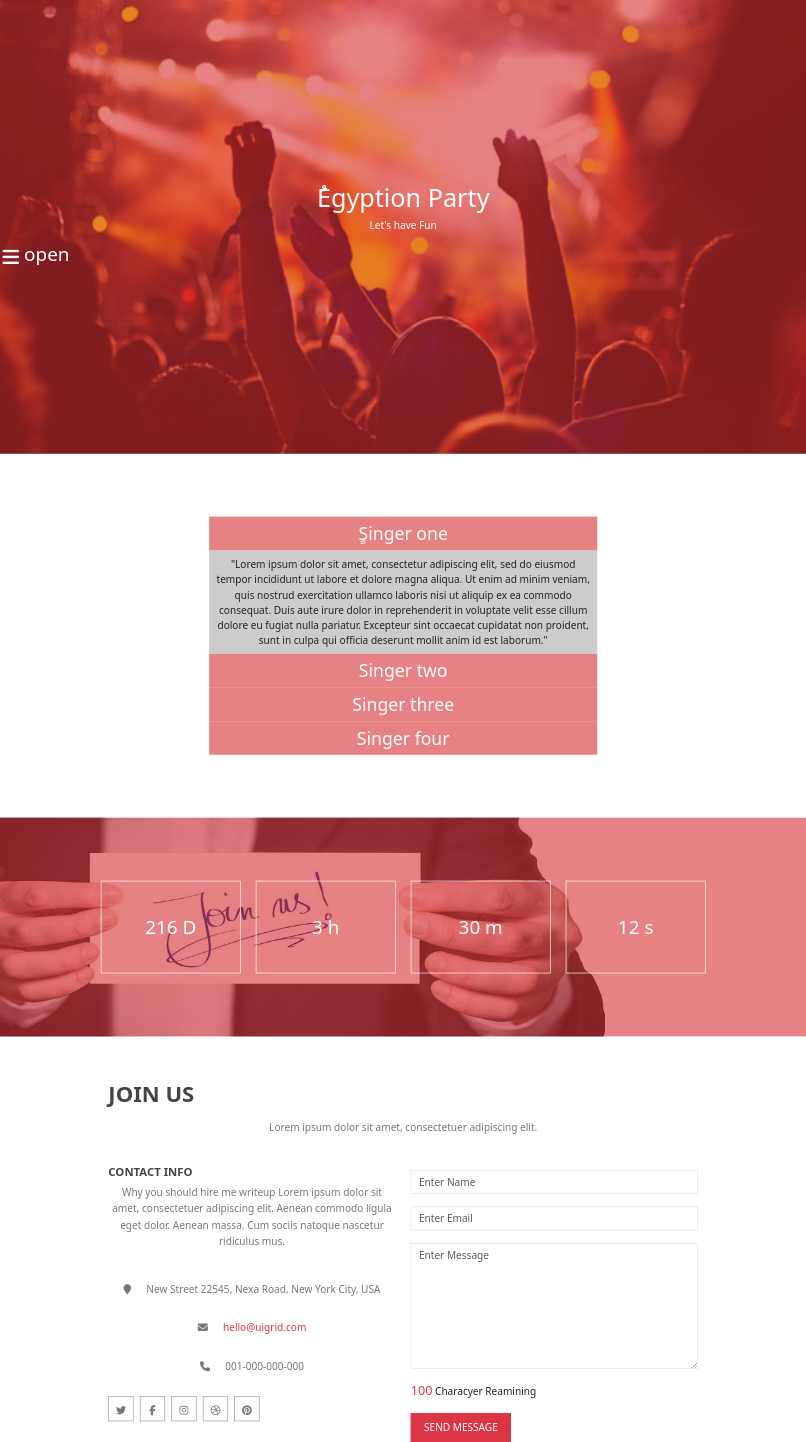
Repository: HagarYousry/jQuery
Page: index.html
These files come from the project's save history. The page is drawn as it stood at one moment and after a run of saves; the edit follows.
The browser window is 1280 px wide. The pictures show the whole page, at 63% of full size.

Above is the page before, as saved 2024-07-25 21:02:52.

### index.html
<!DOCTYPE html>
<html lang="en">

<head>
    <meta charset="UTF-8">
    <meta name="viewport" content="width=device-width, initial-scale=1.0">
    <title>Egyption party</title>
    <!-- web fonts  -->
    <link rel="stylesheet" href="css/all.min.css">
    <!-- bootstrap -->
    <link rel="stylesheet" href="css/bootstrap.min.css">
    <!-- main css -->
    <link rel="stylesheet" href="css/main.css">
</head>

<body>
    <!--start home  -->
    <section id="home">
        <div id="sideNav" class="bg-black p-5">
            <a class="p-0 closeIcon">
                <i class="fa-solid fa-xmark "></i>
            </a>
            <a class="sideNav-link " href="#home">Home</a>
            <a class="sideNav-link" href="#Acordion">Duration</a>
            <a class="sideNav-link" href="#contact">Contact</a>
            <a class="sideNav-link" href="#count">Details</a>
        </div>

        <div class="home-title d-flex justify-content-center align-items-center flex-column vh-100 text-white">
            <h1>ُEgyption Party</h1>
            <p>Let's have Fun</p>
            <span class="navIcon align-self-start d-flex align-items-center ms-1">
                <i class="fa-solid fa-bars"></i>
                <h4 class="ms-2">open</h4>
            </span>
        </div>
    </section>


    <!-- start Acordion section  -->
    <section id="Acordion" class="Acordion text-center">

        <div class="container w-50">
            <h3 class="toggle-acordion">ٍSinger one</h3>
            <div class="desc first">"Lorem ipsum dolor sit amet, consectetur adipiscing elit, sed do eiusmod tempor
                incididunt ut labore et dolore magna aliqua. Ut enim ad minim veniam, quis nostrud exercitation ullamco
                laboris nisi ut aliquip ex ea commodo consequat. Duis aute irure dolor in reprehenderit in voluptate
                velit
                esse cillum dolore eu fugiat nulla pariatur. Excepteur sint occaecat cupidatat non proident, sunt in
                culpa
                qui officia deserunt mollit anim id est laborum."
            </div>


            <h3 class="toggle-acordion">Singer two</h3>
            <div class="desc">"Sed ut perspiciatis unde omnis iste natus error sit voluptatem accusantium doloremque
                laudantium, totam rem aperiam, eaque ipsa quae ab illo inventore veritatis et quasi architecto beatae
                vitae
                dicta sunt explicabo. Nemo enim ipsam voluptatem quia voluptas sit aspernatur aut odit aut fugit, sed
                quia
                consequuntur magni dolores eos qui ratione voluptatem sequi nesciunt. Neque porro quisquam est, qui
                dolorem
                ipsum quia dolor sit amet, consectetur, adipisci velit, sed quia non numquam eius modi tempora incidunt
                ut
                labore et dolore magnam aliquam quaerat voluptatem. Ut enim ad minima veniam, quis nostrum
                exercitationem
                ullam corporis suscipit laboriosam, nisi ut aliquid ex ea commodi consequatur? Quis autem vel eum iure
                reprehenderit qui in ea voluptate velit esse quam nihil molestiae consequatur, vel illum qui dolorem eum
                fugiat quo voluptas nulla pariatur?"
            </div>


            <h3 class="toggle-acordion">Singer three</h3>
            <div class="desc">"But I must explain to you how all this mistaken idea of denouncing pleasure and praising
                pain was born and I will give you a complete account of the system, and expound the actual teachings of
                the
                great explorer of the truth, the master-builder of human happiness. No one rejects, dislikes, or avoids
                pleasure itself, because it is pleasure, but because those who do not know how to pursue pleasure
                rationally
                encounter consequences that are extremely painful. Nor again is there anyone who loves or pursues or
                desires
                to obtain pain of itself, because it is pain, but because occasionally circumstances occur in which toil
                and
                pain can procure him some great pleasure. To take a trivial example, which of us ever undertakes
                laborious
                physical exercise, except to obtain some advantage from it? But who has any right to find fault with a
                man
                who chooses to enjoy a pleasure that has no annoying consequences, or one who avoids a pain that
                produces no
                resultant pleasure?"
            </div>


            <h3 class="toggle-acordion">Singer four</h3>
            <div class="desc">"At vero eos et accusamus et iusto odio dignissimos ducimus qui blanditiis praesentium
                voluptatum deleniti atque corrupti quos dolores et quas molestias excepturi sint occaecati cupiditate
                non
                provident, similique sunt in culpa qui officia deserunt mollitia animi, id est laborum et dolorum fuga.
                Et
                harum quidem rerum facilis est et expedita distinctio. Nam libero tempore, cum soluta nobis est eligendi
                optio cumque nihil impedit quo minus id quod maxime placeat facere possimus, omnis voluptas assumenda
                est,
                omnis dolor repellendus. Temporibus autem quibusdam et aut officiis debitis aut rerum necessitatibus
                saepe
                eveniet ut et voluptates repudiandae sint et molestiae non recusandae. Itaque earum rerum hic tenetur a
                sapiente delectus, ut aut reiciendis voluptatibus maiores alias consequatur aut perferendis doloribus
                asperiores repellat."

            </div>

        </div>
    </section>
    <!-- end Acordion section  -->

    <!-- start count section  -->
    <section id="counter">
        <div class="counter-cont container w-75 text-center text-white">
            <div class="row">
                <div class="col-md-3">
                    <div class="time">
                        <span class="days">00</span>
                    </div>
                </div>

                <div class="col-md-3">
                    <div class="time">
                        <span class="hours">00</span>
                    </div>
                </div>

                <div class="col-md-3">
                    <div class="time">
                        <span class="minutes">00</span>
                    </div>
                </div>

                <div class="col-md-3">
                    <div class="time">
                        <span class="seconds">00</span>
                    </div>
                </div>

            </div>
        </div>
    </section>
    <!-- end count section  -->

    <!-- start contact-us section  -->
    <section id="contact">
        <div class="container-fluid w-75">
            <div class="head">
                <h2 class="text-uppercase fw-bold">Join Us</h2>
                <p class="text-center">Lorem ipsum dolor sit amet, consectetuer adipiscing elit.</p>
            </div>
            <div class="row mt-5">
                <div class="col-md-6">
                    <div class="col-info">
                        <h3 class="text-uppercase">CONTACT INFO</h3>
                        <p class="text-center">Why you should hire me writeup Lorem ipsum dolor sit amet, consectetuer
                            adipiscing elit.
                            Aenean commodo ligula eget dolor. Aenean massa. Cum sociis natoque nascetur ridiculus mus.
                        </p>

                        <div class="icons text-center">
                            <p><i class="fa fa-map-marker"></i> New Street 22545, Nexa Road, New York City, USA</p>

                            <p class="text-danger"><i class="fa fa-envelope"></i> hello@uigrid.com</p>
                            <p><i class="fa fa-phone"></i> 001-000-000-000</p>
                        </div>

                        <div class="social d-flex align-items-center">

                            <i class="fab fa-twitter fa-fw"></i>
                            <i class="fab fa-facebook-f fa-fw"></i>
                            <i class="fab fa-instagram fa-fw"></i>
                            <i class="fab fa-dribbble fa-fw"></i>
                            <i class="fab fa-pinterest fa-fw"></i>

                        </div>
                    </div>
                </div>

                <div class="col-md-6">
                    <form>

                        <input class="form-control mt-2" type="text" placeholder="Enter Name">
                        <input class="form-control" type="email" placeholder="Enter Email">
                        <textarea class="form-control " placeholder="Enter Message"></textarea>
                        <span id="chars" class="text-danger">100</span> Characyer Reamining
                        <button class="btn btn-danger text-uppercase">Send Message</button>

                    </form>
                </div>
            </div>
        </div>
    </section>
    <!-- end contact-us section  -->


    <!-- jquery  -->
    <script src="js/jquery-3.7.1.min.js"></script>
    <!-- index js  -->
    <script src="js/index.js"></script>


</body>

</html>

### css/main.css
/*start home  */
#home{
    height: 100vh;
    background-image: linear-gradient(rgba(214, 46, 51, 0.6), rgba(214, 46, 51, 0.6)),
        url(../imgs/events-heavenly-header.jpg);
    background-position: center;
    background-size: cover;
    background-repeat: no-repeat;
}

#sideNav {
    position: fixed;
    top: 0;
    bottom: 0;
    left: 0;
    display: flex;
    flex-direction: column;
    z-index: 9999;
}

#sideNav a{
    padding: 20px;
    text-decoration: none;
    font-size: 25px;
    color: #818181;
    display: block;
    color: white;
    transition: 0.3s;
}

.closeIcon {
    position: absolute;
    top: 0;
    right: 25px;
    font-size: 26px;
    margin-left: 50px;
    color: white;
    padding-bottom: 10px;
    transition: 0.3s;
    cursor: pointer;
}

#sideNav a:hover {
    color: rgba(214, 46, 51, 0.4);
}

.navIcon i,
.navIcon h4 {
    font-size: 30px;
    cursor: pointer;
}


/* start Acordion */
.Acordion{
    padding-top: 100px ;
    padding-bottom: 100px;
}

.toggle-acordion {
    background-color: rgba(214, 46, 51, 0.6);
    cursor: pointer;
    color: white;
    padding: 10px;
    margin: 0px;
}

.desc {
    background-color: rgb(204, 204, 204);
    display: none;
    padding: 10px;
}

#Acordion .first {
    display: block;
}

/* end Acordion section  */

/* start count section  */

#counter {
    background-image: linear-gradient(rgba(214, 46, 51, 0.6), rgba(214, 46, 51, 0.6)), url(../imgs/invitation-2508607__340.jpg);
    background-repeat: no-repeat;
    background-position: center center;
    background-size: 100% 100%;
    position: relative;
}

.counter-cont{
    padding: 100px 0px;
}

.time {
    padding: 50px;
    border: 1px solid #FFF;
    font-weight: 500;
    font-size: 30px;
}

/* end count section  */

/* start contact-us section  */
#contact {
    margin-top: 70px;
}

#contact .head h2 {
    font-size: 35px;
    color: #444;
    margin-bottom: 20px;
}

#contact .head p {
    color: #777;
    font-weight: 300;
    font-size: 16px;
}

#contact .col-md-6 .col-info .icons {
    margin-top: 50px;
}

#contact .col-md-6 .col-info .icons p {
    margin-bottom: 35px;
}

#contact .col-md-6 .col-info h3 {
    color: #444;
    font-size: 18px;
    font-weight: 900;
}

#contact .col-md-6 .col-info p {
    font-size: 16px;
    line-height: 26px;
    color: #777;
}

#contact i {
    margin-right: 20px;
    color: #777;
}

#contact .col-md-6 .col-info .social i {
    margin-right: 10px;
    border: 1px solid #999;
    width: 40px;
    height: 40px;
    line-height: 42px;
    cursor: pointer;
    text-align: center;
    transition: 0.5s all;
}

#contact .col-md-6 .col-info .social i:hover {
    color: #fff;
    background-color: #D62E33;
    border: 1px solid #D62E33;
}

#contact .col-md-6 form input,
#contact .col-md-6 form textarea {
    margin-bottom: 20px;
    border-radius: 0;
}

#contact .col-md-6 form textarea {
    height: 200px;
    resize: vertical;
}

#contact .col-md-6 form button {
    padding: 10px 20px;
    border-radius: 0;
    margin-top: 20px;
    display: block;
}

#contact .col-md-6 form #chars {
    font-size: 20px;
}
/* end contact-us section  */

### js/index.js
/// <reference types="../@types/jquery"/>

/* start sideNav */

const sideNavwidth = $('#sideNav').outerWidth(true);

$('#sideNav')
    .animate({ left: -sideNavwidth }, 0);

// open icon
$('.navIcon')
    .on('click', function () {
        $('#sideNav').animate({ left: 0 }, 1000);
        $('.home-title').animate({ marginLeft: sideNavwidth }, 1000)

    })

// close icon
$('.closeIcon')
    .on('click', function () {
        $('#sideNav').animate({ left: -sideNavwidth }, 1000);
        $('.home-title').animate({ marginLeft: 0 }, 1000)
    })


//! scroll to sections
$('.sideNav-link[href^="#"]')
    .on('click', function () {
        const sectionId = $(this).attr('href');
        const sectionTop = $(sectionId).offset().top;
        $('html , body')
            .animate({ scrollTop: sectionTop }, 1000)
    })


// start Acordion section
$('#Acordion .toggle-acordion').on('click', function () {
    $('.desc').not($(this).next()).slideUp(500);
    $(this).next().slideToggle(500);
});

//start count section
$(window).on('load', function () {
    countDownTime("27 february 2025 00:00:00");
})

function countDownTime(countTo) {

    let countDate = new Date(countTo);
    countDate = (countDate.getTime() / 1000);

    let now = new Date();
    now = (now.getTime() / 1000);

    timeDifference = (countDate - now);

    let days = Math.floor(timeDifference / (24 * 60 * 60));
    let hours = Math.floor((timeDifference % (24 * 60 * 60)) / 3600);
    let mins = Math.floor((timeDifference % 3600) / 60);
    let secs = Math.floor(timeDifference % 60);


    $(".days").html(`${days} D`);
    $(".hours").html(`${hours} h`);
    $(".minutes").html(`${mins} m`);
    $('.seconds').html(`${secs} s`)

    setInterval(function () {
        countDownTime(countTo);
    }, 1000);
}

//start contact-us section
let maxLength = 100;
$('textarea').on('input', function () {
    let length = $(this).val().length;
    let AmountLeft = maxLength - length;
    console.log(AmountLeft);
    if (AmountLeft <= 0) {
        $("#chars").text("your available characters finished");
    }
    else {
        $("#chars").text(AmountLeft);
    }
});
//end contact-us section

Loaded but not shown: css/all.min.css (library); css/bootstrap.min.css (library); js/jquery-3.7.1.min.js (library)

After the next 3 saves:
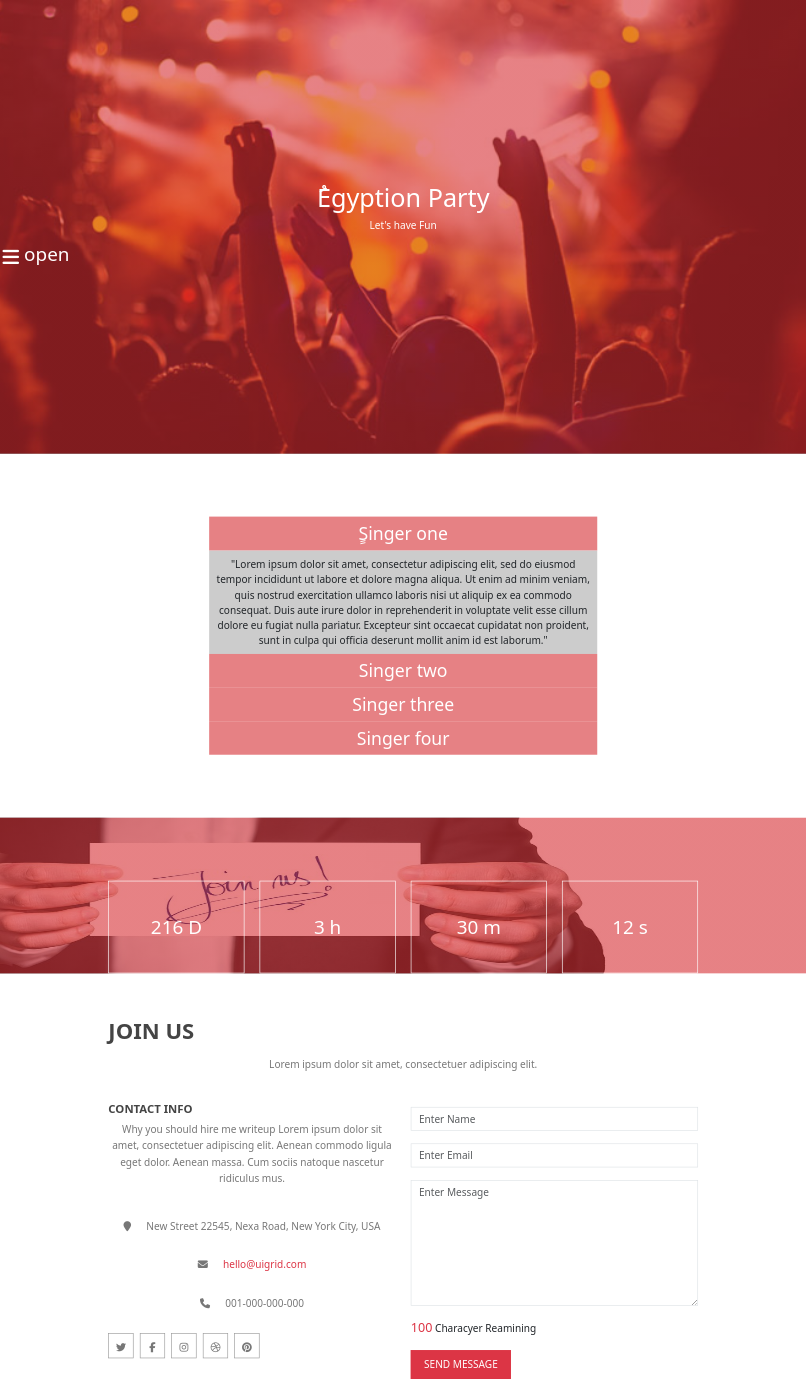
The 3 saves are shown as one change because they came seconds apart.
The last was saved 10 s later.
--- a/css/main.css
+++ b/css/main.css
@@ -88,7 +88,8 @@
 }
 
 .counter-cont{
-    padding: 100px 0px;
+    padding-top: 100px ;
+    pa
 }
 
 .time {

After the 3 saves that followed:
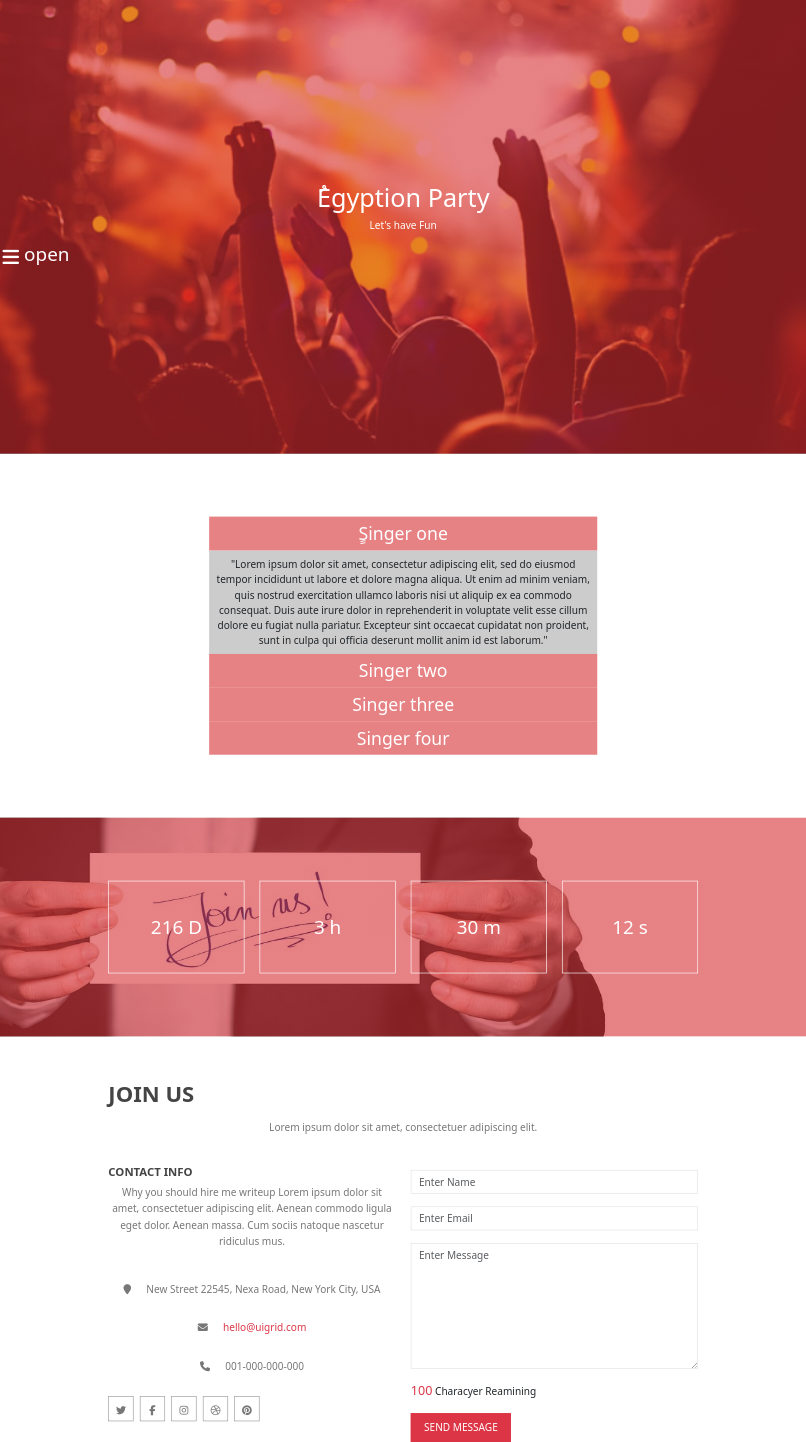
The 3 saves are shown as one change because they came seconds apart.
The last was saved 10 s later.
--- a/css/main.css
+++ b/css/main.css
@@ -89,7 +89,7 @@
 
 .counter-cont{
     padding-top: 100px ;
-    pa
+    padding-bottom: 100px;
 }
 
 .time {
